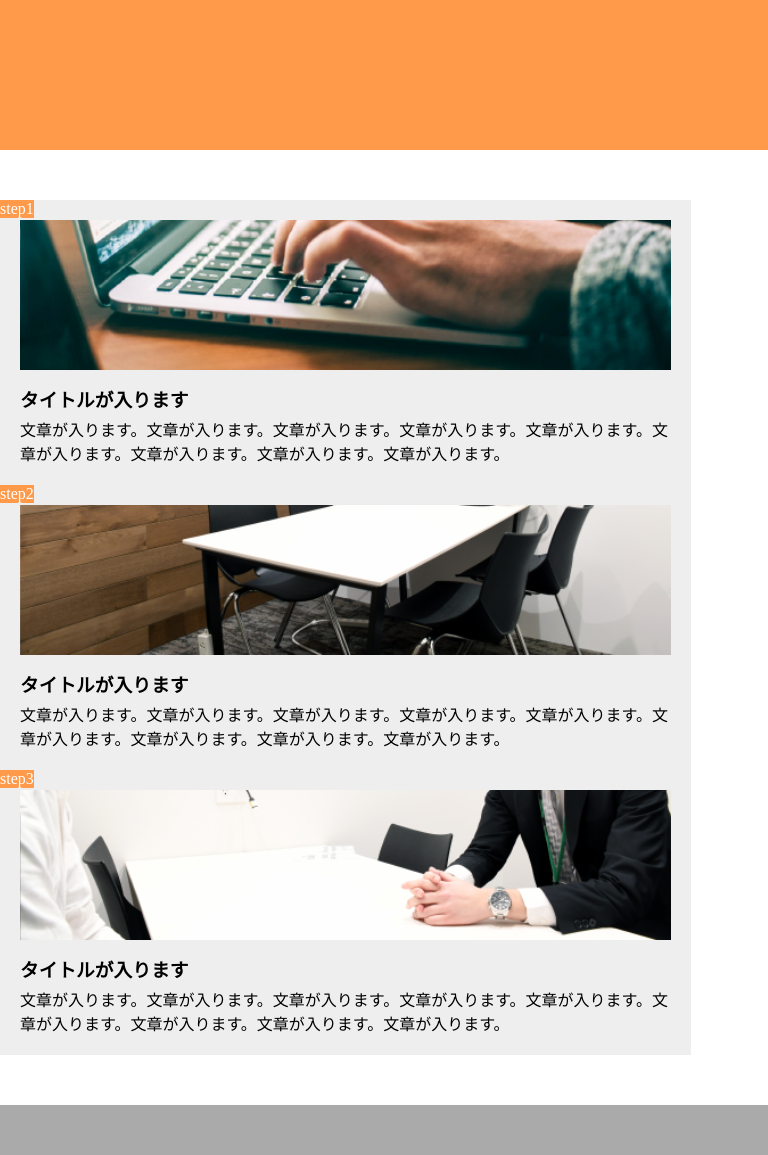
Repository: miho-baba/chapter10.1
Page: chapter9/chapter9.html
The author's editor kept a record of every edit. The page is drawn from the files as they stood at one moment, then again after the next edit.
The browser window is 768 px wide. The pictures show the whole page.

Above is the page before.

After the next edit:
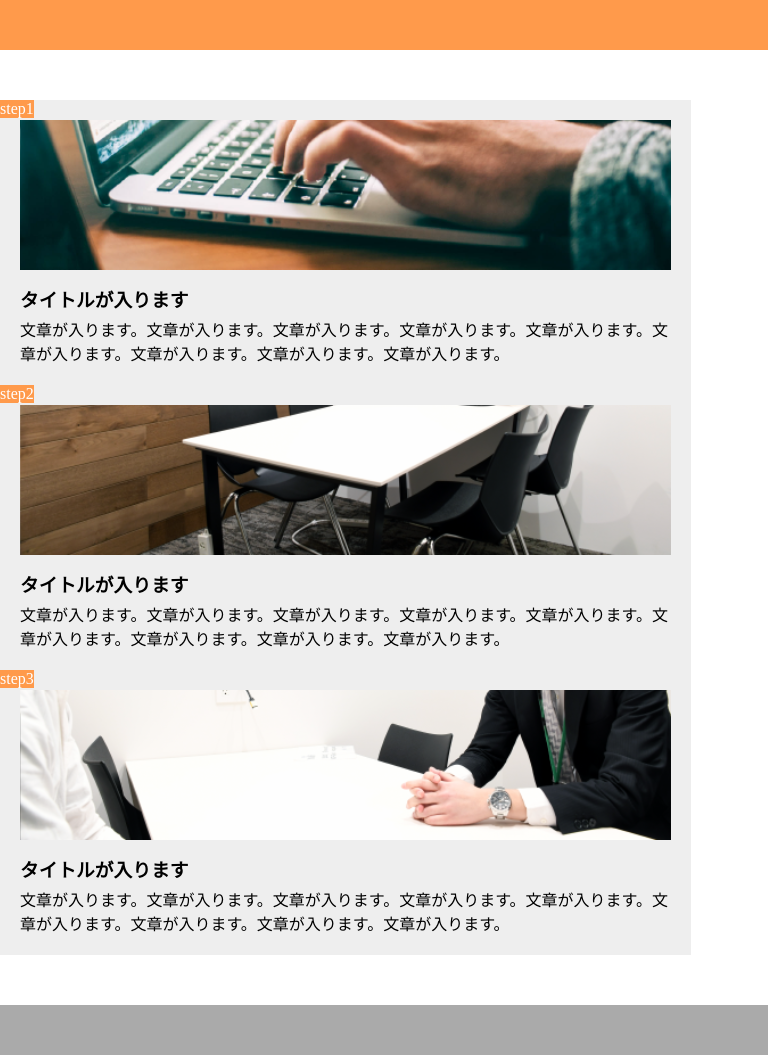
The edit:
--- a/chapter9/chapter9.css
+++ b/chapter9/chapter9.css
@@ -67,7 +67,7 @@
 
 @media screen and (max-width:768px) {
   header {
-    height: 150px;
+    height: 50px;
     width: 100%;
 }
 
